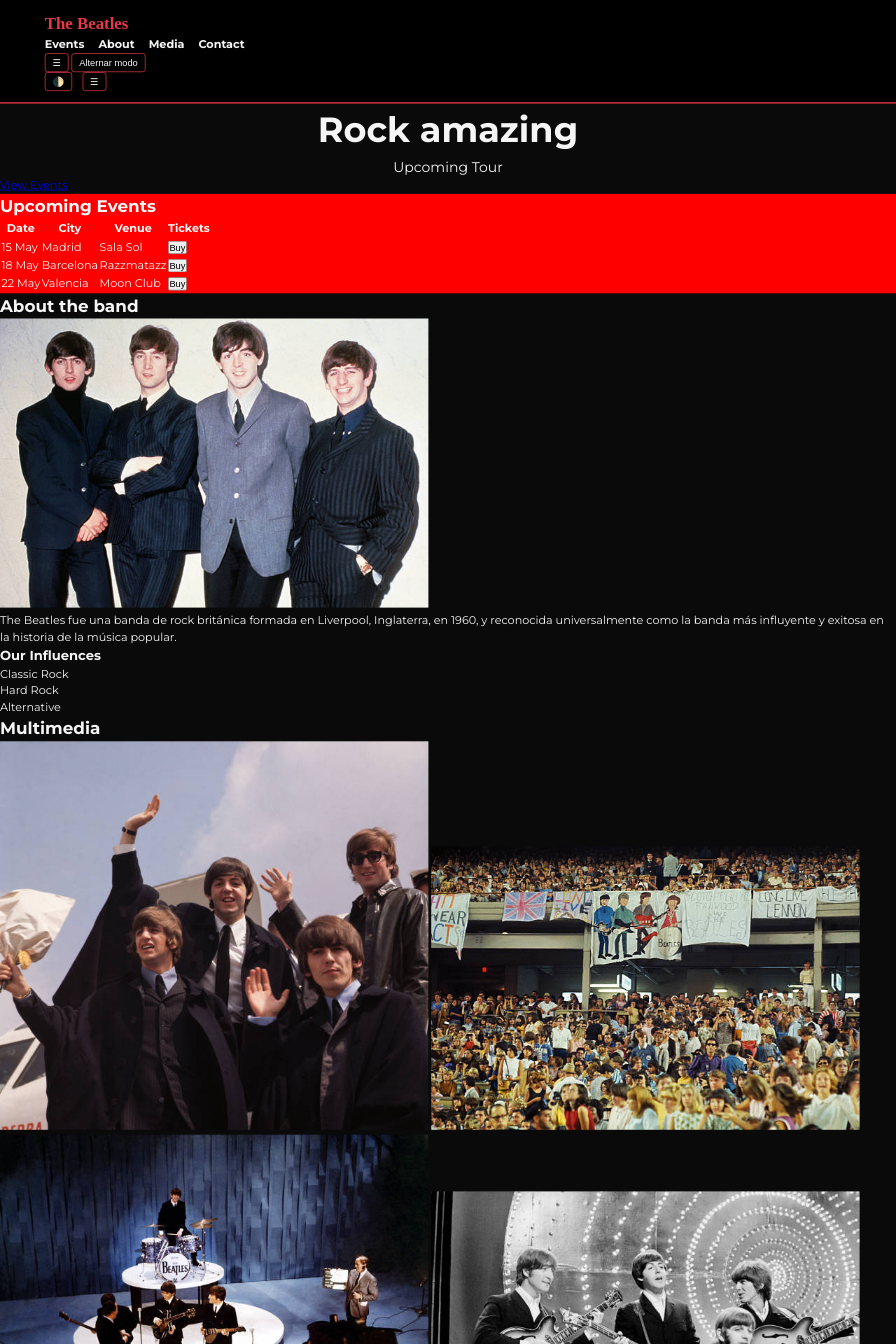
Repository: keiner-dev/Prueba_Desempe-o
Page: index.html
An editor plug-in stored every save of this project. The page is shown before and after a run of saves, followed by the edit.
The browser window is 1280 px wide. The pictures show the part of the page from y = 0 to 1920 px (the page is 2628 px tall), at 70% of full size.
Some web fonts or font styles are not loaded; a fallback is used.

Above is the page before, as saved 2026-04-27 14:22:51.

After the next 2 saves:
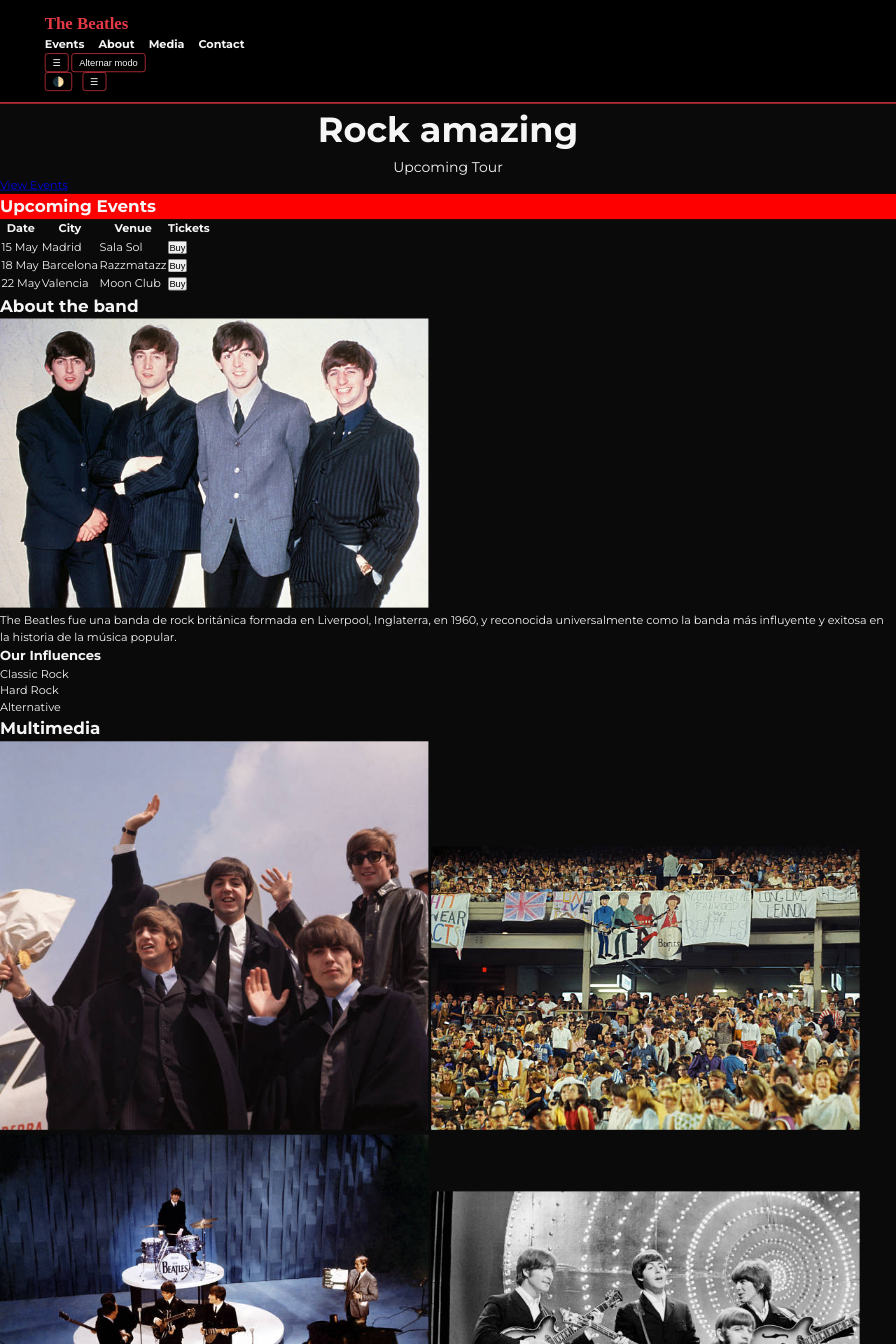
The 2 saves are shown as one change because they came seconds apart.
The last was saved 15 s later.
--- a/styles.css
+++ b/styles.css
@@ -88,6 +88,6 @@
     text-align: center;
 }
 
-.events_container {
+.events_container h2 {
     background-color: red;
 }
